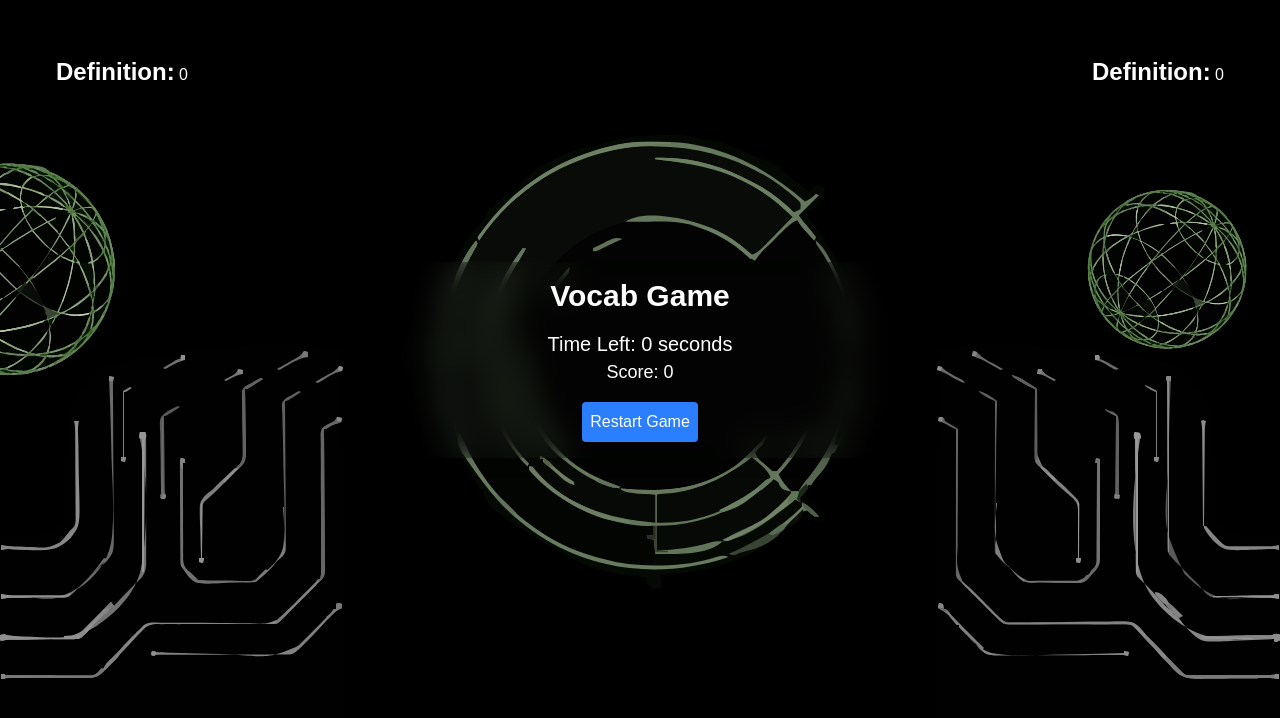
Repository: oxniw/bio-vocab
Page: /game
These files come from the project's save history. The page is drawn as it stood at one moment and after the next save; the edit follows.
The browser window is 1280 px wide. The pictures show the whole page.
The project was rebuilt for these pictures with package versions that can differ from the ones it lists, and the page was loaded fresh each time. The framework's server and built-in components were replaced by stand-ins that run in the browser. Also part of the build but not shown: next.config.ts.

Above is the page before, as saved 2025-04-05 12:30:51.

### src/app/game/page.jsx
'use client';

import { useState, useEffect } from 'react';
import Image from 'next/image';
const words = [
  { word: "Active transport", definition: "ลำเลียงสารเข้าออกเซลล์" },
  { word: "Cleavage furrow", definition: "การคอดกิ่วเซลล์" },
  { word: "Food vacuole", definition: "ออแกเนลล์เก็บอาหาร" },
  { word: "Fermentation", definition: "กระบวนการสร้างแอลกอฮอล์" },
  { word: "Kinetochore", definition: "โปรตีนที่เซนโทรเมียร์" },
  { word: "Mitochondria", definition: "ออแกเนลล์สร้างพลังงาน" },
  { word: "Phosphorylation", definition: "กระบวนการสร้าง ATP" },
  { word: "Tonicity", definition: "สภาพตึงตัว" },
  { word: "Replication fork", definition: "จุดแยกการจำลองตัว" },
  { word: "Dihybrid cross", definition: "การผสมสองลักษณะ" },
  { word: "Vector", definition: "ดีเอ็นเอพาหะ" },
  { word: "Complete flower", definition: "ดอกสมบูรณ์" },
  { word: "Aerating root", definition: "รากหายใจ" },
  { word: "Cladophyll", definition: "ลำต้นคล้ายใบ" },
  { word: "Leaf tendril", definition: "ใบมือเกาะ" },
  { word: "Tendril stem", definition: "ลำต้นมือเกาะ" },
  { word: "Suberin", definition: "สารที่มีคุณสมบัติกันน้ำ" },
  { word: "Thorny root wood", definition: "รากหนาม" },
  { word: "Vein", definition: "เส้นใบ" },
  { word: "Senescence", definition: "การเสื่อมตามอายุ" },
  { word: "Capacitance vessel", definition: "หลอดเลือดที่มีความจุ" },
  { word: "Cardiac cycle", definition: "รอบการทำงานของหัวใจ" },
  { word: "Left atrium", definition: "เอเทรียมซ้าย" },
  { word: "Pericardium", definition: "ถุงเยื้อหุ้มหัวใจ" },
  { word: "B-lymphocyte", definition: "เม็ดเลือดขาวชนิดบี" },
  { word: "cell body", definition: "ตัวเซลล์" },
  { word: "Beta - cell", definition: "เซลล์บีต้า" },
  { word: "Simple goiter", definition: "คอพอก ธรรมดา" },
  { word: "Receptor", definition: "หน่วยรับความรู้สึก" },
  { word: "Hiccup", definition: "การสะอึก" },
  { word: "Glomerulus", definition: "กลุ่มเส้นเลือดฝอย" },
  { word: "Vasa recta", definition: "กลุ่มหลอดเลือดฝอย" },
  { word: "Vena cava", definition: "หลอดเลือดกลุ่มเวนขนาดใหญ่" },
  { word: "Phagocytic cell", definition: "เซลล์ฟาโกไซต์" },
  { word: "Action potential", definition: "การเกิดกระแสประสาท" },
  { word: "Free nerve ending", definition: "ปลายประสาทอิสระ" },
  { word: "Nerve ring", definition: "เส้นประสาทวงแหวน" },
  { word: "Rod cell", definition: "เซลล์รูปแท่ง" },
  { word: "Poly A tail", definition: "โครงสร้างเติมสาย mRNA" },
  { word: "Acetyl CoA", definition: "สารตัวกลางกระบวนการหายใจ" },
  { word: "Hydrogen peroxide", definition: "สารที่เป็นพิษต่อเซลล์" },
  { word: "Somatic cell", definition: "เซลล์ร่างกาย" },
  { word: "Deletion", definition: "การขาดหาย" },
  { word: "Insertion", definition: "การเพิ่มขึ้น" },
  { word: "Nucleoplasm", definition: "ของเหลวภายในนิวเคียส" },
  { word: "Nuclear envelop", definition: "เยื้อหุ้มนิวเคียส" },
  { word: "Divergent evolution", definition: "วิวัฒนาการ เบนออก" },
  { word: "Fossil", definition: "ซากดึกดำบรรพ์" },
  { word: "Living fossil", definition: "สิ่งมีชีวิตคงสภาพดึกดำบรรพ์" },
  { word: "Analogous structure", definition: "โครงสร้างกำเนิดต่างกัน" },
  { word: "Molecule marker", definition: "เครื่องหมายโมเลกุล" },
  { word: "Incomplete dominance", definition: "ความเด่นไม่สมบูรณ์" },
  { word: "Perennial plant", definition: "พืชหลายปี" },
  { word: "Species", definition: "ชนิดของสิ่งมีชีวิต" },
  { word: "Chromatid", definition: "แขนของโครโมโซม" },
  { word: "Lysosome", definition: "ออร์แกเนลล์ที่มีเอนไซม์" },
  { word: "Genotype", definition: "การเขียนคู่ของยีน" },
  { word: "Polygene", definition: "การถ่ายทอดลักษณะทางพันธุกรรม" },
  { word: "Hybrid", definition: "สายพันธุ์ทาง" },
  { word: "Apoptosis", definition: "กระบวนการตายของเซลล์" },
  { word: "Ring canal", definition: "ท่อวงแหวนที่อยู่รอบปาก" },
  { word: "Ventilation", definition: "การระบายอากาศ" },
  { word: "Transportation", definition: "การขนส่งแก๊ส" },
  { word: "Thymus gland", definition: "ต่อมไทมัส" },
  { word: "Anus", definition: "ทวารหนัก" },
  { word: "Crop", definition: "กระเพาะพัก" },
  { word: "Bronchi", definition: "ขั้วปอด" },
  { word: "Chyme", definition: "อาหารที่คล้ายซุป" },
  { word: "Constipation", definition: "ท้องผูก" },
  { word: "Defaecation", definition: "การถ่ายอุจจาระ" },
  { word: "Esophagus", definition: "หลอดอาหาร" },
  { word: "Enamel", definition: "สารเคลือบฟัน" },
  { word: "Bile salt", definition: "เกลือน้ำดี" },
  { word: "Buccal cavity", definition: "กระพุ้งแก้ม" },
  { word: "Lymph organ", definition: "อวัยวะน้ำเหลือง" },
  { word: "Lymphatic vessel", definition: "หลอดน้ำเหลือง" },
  { word: "Papillary muscle", definition: "กล้ามเนื้อหัวใจที่นูนขึ้นมา" },
  { word: "Plasma", definition: "น้ำเลือด" },
  { word: "Vasoconstriction", definition: "การหดตัวของเลือด" },
  { word: "Immune system", definition: "ระบบภูมิคุ้มกัน" },
  { word: "Internal defense", definition: "การป้องกันภายใน" },
  { word: "T-lymphocyte", definition: "เซลล์เม็ดเลือดขาว ชนิดที" }
];

export default function VocabGame() {
  const [currentWord, setCurrentWord] = useState('');
  const [currentDef, setCurrentDef] = useState('');
  const [score, setScore] = useState(0);
  const [timeLeft, setTimeLeft] = useState(5);
  const [gameOver, setGameOver] = useState(false);
  const [scores,setScores] = useState(0)
  useEffect(() => {
    console.log(localStorage.getItem("score"))
    startGame();
  }, []);

  useEffect(() => {

    if (timeLeft > 0) {
      const timer = setTimeout(() => setTimeLeft(timeLeft - 1), 1000);
      return () => clearTimeout(timer);
    } else {
      setGameOver(true);
      localStorage.setItem("score", scores + score)
    }
  }, [timeLeft]);
  useEffect(() => {
    let storedScore = localStorage.getItem("score");

    if (storedScore === null) {
      localStorage.setItem("score", 0);
      setScores(0);
    } else {
      setScores(parseInt(storedScore));
    }
  }, []);

  function getNewWord() {
    const wordObj = words[Math.floor(Math.random() * words.length)];
    const useCorrectDef = Math.random() > 0.5;
    setCurrentWord(wordObj.word);
    setCurrentDef(useCorrectDef ? wordObj.definition : words[Math.floor(Math.random() * words.length)].definition);
  }

  function startGame() {
    setScore(0);
    setTimeLeft(5);
    setGameOver(false);
    getNewWord();
  }

  function handleAnswer(isCorrect) {
    if (!gameOver) {
      const correctDef = words.find(w => w.word === currentWord).definition === currentDef;
      setScore(prev => prev + (correctDef === isCorrect ? 1 : -1));
      getNewWord();
    }
  }

  return (
    <div className=" items-center justify-center flex bg-black h-screen overflow-x-hidden relative">
      <Image
      className="absolute top-24 -left-36 rotate-45"
      src="/com/cysphere.svg"
      alt="Next.js logo"
      width={612/2 }
      height={408/2 }
      priority
      />
      <Image
      className="absolute top-24 -right-10 rotate-45 scale-75"
      src="/com/cysphere.svg"
      alt="Next.js logo"
      width={612/2 }
      height={408/2 }
      priority
      />
      <Image
      className="absolute bottom-0 left-0 "
      src="/com/cyd3.svg"
      alt="Next.js logo"
      width={343 }
      height={411 }
      priority
      />
      <Image
      className="absolute bottom-0 right-0 "
      src="/com/cy2d.svg"
      alt="Next.js logo"
      width={343 }
      height={411 }
      priority
      />
      <Image
      className="absolute scale-125"
      src="/com/cy4d.svg"
      alt="Next.js logo"
      width={343 }
      height={411 }
      priority
      />
      <div className='w-full h-screen  flex items-center absolute text-white justify-center overflow-hidden '>
      <div className="absolute top-14 right-14">
        <p><span className="font-bold text-2xl">Definition:</span> {localStorage.getItem("score")}</p>
      </div>
      <div className="absolute top-14 left-14">
        <p><span className="font-bold text-2xl">Definition:</span> {localStorage.getItem("score")}</p>
      </div>
        <div className="flex-col flex items-center w-full p-4  max-w-xl rounded-2xl shadow-lg bg-gradient-to-r bg-opacity-10 backdrop-blur-lg ">
        <h1 className="text-3xl font-bold mb-4 transition duration-300 hover:filter hover:drop-shadow-[0_0_36px_rgb(255,255,255)]">Vocab Game</h1>
        <p className="text-xl transition duration-300 hover:filter hover:drop-shadow-[0_0_36px_rgb(255,255,255)]">Time Left: {timeLeft} seconds</p>
        <p className="text-lg transition duration-300 hover:filter hover:drop-shadow-[0_0_36px_rgb(255,255,255)]">Score: {score}</p>
        {gameOver ? (
          <button className="mt-4 p-2 bg-blue-500 text-white rounded transition duration-300 hover:filter hover:drop-shadow-[0_0_36px_rgb(0,0,255)]" onClick={startGame}>
            Restart Game
          </button>
        ) : (
          <>
            <p className="text-2xl font-semibold mt-4 transition duration-300 hover:filter hover:drop-shadow-[0_0_36px_rgb(255,255,255)]">{currentWord}</p>
            <p className="text-lg italic mb-4 transition duration-300 hover:filter hover:drop-shadow-[0_0_36px_rgb(255,255,255)]">"{currentDef} "</p>
            <div className="flex gap-4">
              <button className="p-2 bg-green-500 text-white rounded transition duration-300 hover:filter hover:drop-shadow-[0_0_36px_rgb(0,255,0)]" onClick={() => handleAnswer(true)}>
                Yes
              </button>
              <button className="p-2 bg-red-500 text-white rounded transition duration-300 hover:filter hover:drop-shadow-[0_0_36px_rgb(255,0,0)]" onClick={() => handleAnswer(false)}>
                No
              </button>
            </div>
          </>
        )}
        </div>

      </div>


    </div>

  );
}

Loaded but not shown: src/app/layout.tsx (common file); src/app/globals.css (common file)

After the next save:
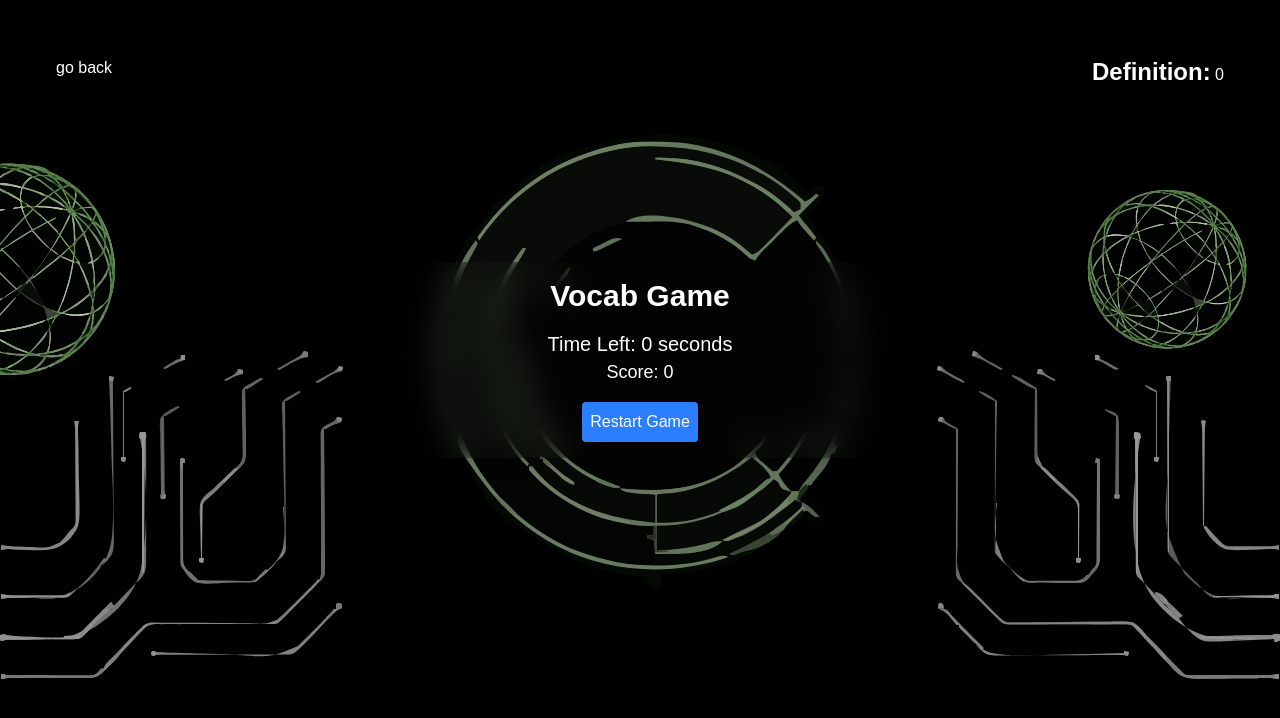
Saved 9 s later.
--- a/src/app/game/page.jsx
+++ b/src/app/game/page.jsx
@@ -189,7 +189,7 @@
         <p><span className="font-bold text-2xl">Definition:</span> {localStorage.getItem("score")}</p>
       </div>
       <div className="absolute top-14 left-14">
-        <p><span className="font-bold text-2xl">Definition:</span> {localStorage.getItem("score")}</p>
+        go back
       </div>
         <div className="flex-col flex items-center w-full p-4  max-w-xl rounded-2xl shadow-lg bg-gradient-to-r bg-opacity-10 backdrop-blur-lg ">
         <h1 className="text-3xl font-bold mb-4 transition duration-300 hover:filter hover:drop-shadow-[0_0_36px_rgb(255,255,255)]">Vocab Game</h1>
